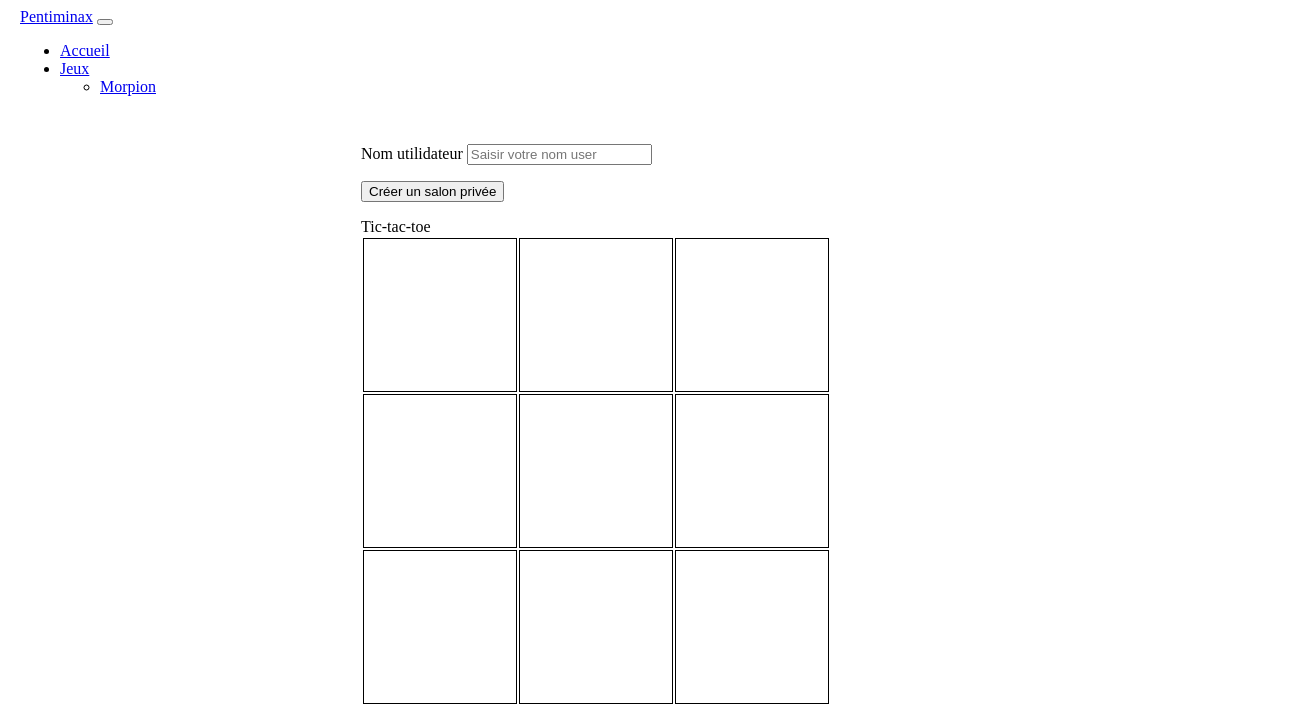
Repository: remi77130/morpion
Page: templates/games/tic-tac-toe.html
These files come from the project's save history. The page is drawn as it stood at one moment and after the next save; the edit follows.
The browser window is 1280 px wide. The page is 1296 px wide, so the pictures cover 1296 px, including what lies to the right of the window. The pictures show the whole page.
Some web libraries are served in a nearby version.

Above is the page before, as saved 2023-11-27 18:43:41.

After the next save:
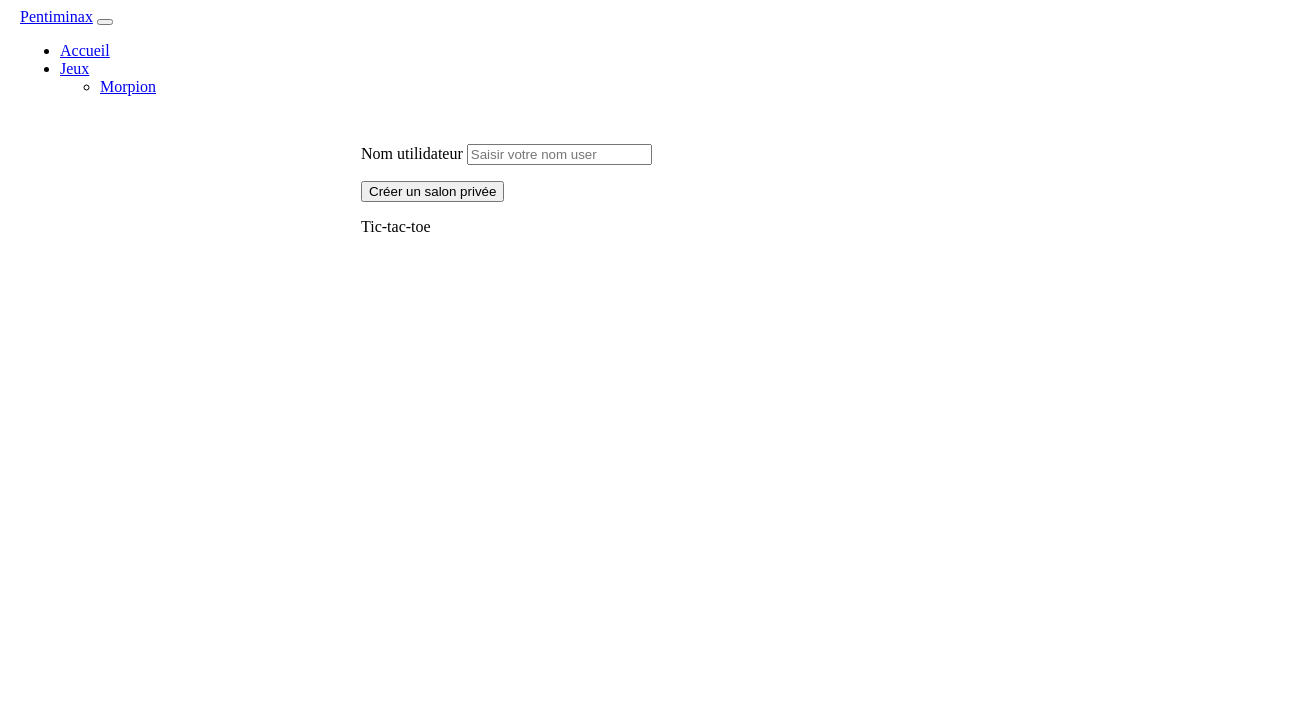
Saved 7 s later.
--- a/templates/games/tic-tac-toe.html
+++ b/templates/games/tic-tac-toe.html
@@ -6,8 +6,7 @@
     <meta name="viewport" content="width=device-width, initial-scale=1.0">
     <link rel="stylesheet" href="/node_modules/bootstrap/dist/css/bootstrap-grid.min.css">
 
-    <link rel="stylesheet" href="/public/css/style.css">
-    <link rel="stylesheet" href="/public/css/style.css">
+
     <title>Tic-tac-toe</title>
 </head>
 

After the save that followed:
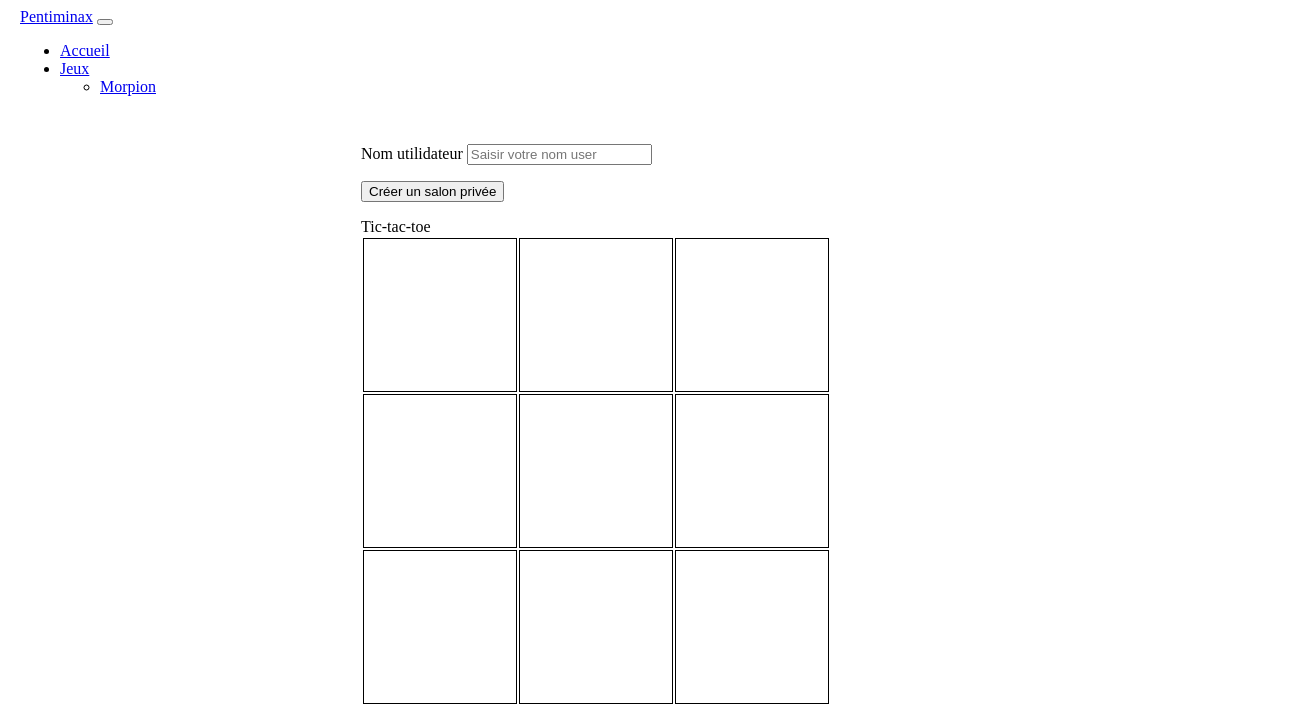
Saved 4 s later.
--- a/templates/games/tic-tac-toe.html
+++ b/templates/games/tic-tac-toe.html
@@ -6,7 +6,8 @@
     <meta name="viewport" content="width=device-width, initial-scale=1.0">
     <link rel="stylesheet" href="/node_modules/bootstrap/dist/css/bootstrap-grid.min.css">
 
-
+    <link rel="stylesheet" href="/public/css/style.css">
+    <link rel="stylesheet" href="/public/css/style.css">
     <title>Tic-tac-toe</title>
 </head>
 
